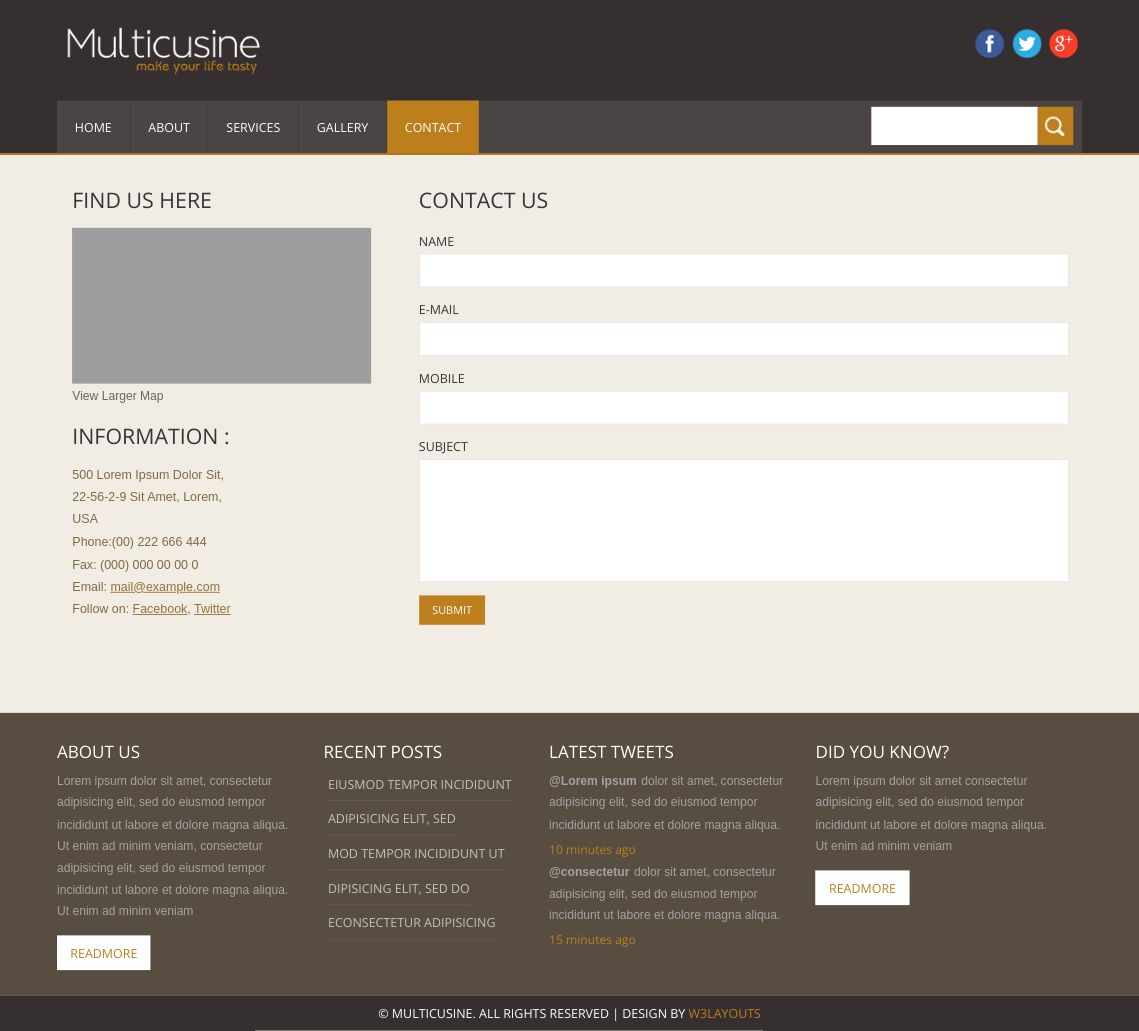
Repository: desso919/lunchy
Page: http://localhost/Lunchy/web/AddNewMealPage.jsp
An editor plug-in stored every save of this project. The page is shown before and after the next save, followed by the edit.
The browser window is 1280 px wide. The pictures show the whole page, at 89% of full size.
Pictures or frames that could not be fetched are drawn as grey boxes. The page is served by Tomcat 9. Nobody is signed in. The application's start-up code is not run. Other server files are loaded and not shown.

Above is the page before, as saved 2018-01-13 21:57:14.

### Lunchy/WebContent/web/AddNewMealPage.jsp
<%@ page language="java" contentType="text/html; charset=ISO-8859-1"
    pageEncoding="ISO-8859-1"%>
<!DOCTYPE HTML>
<html>
<head>
  <title>Lunchy</title>
  <meta http-equiv="Content-Type" content="text/html; charset=utf-8" />
  <meta name="viewport" content="width=device-width, initial-scale=1, maximum-scale=1">
  <link href="css/style.css" rel="stylesheet" type="text/css"  media="all" />
  <link href='//fonts.googleapis.com/css?family=Open+Sans' rel='stylesheet' type='text/css'>
 </head>
  <body>
	<!----start-header----->
	 <div class="header">
	     <div class="wrap">
			<div class="top-header">
				<div class="logo">
					<a href="index.html"><img src="images/logo.png" title="logo" /></a>
				</div>
				<div class="social-icons">
					<ul>
						<li><a href="#"><img src="images/facebook.png" title="facebook" /></a></li>
						<li><a href="#"><img src="images/twitter.png" title="twitter" /></a></li>
						<li><a href="#"><img src="images/google.png" title="google pluse" /></a></li>
					</ul>
				</div>
				<div class="clear"> </div>
			</div>
			<!---start-top-nav---->
			<div class="top-nav">
				<div class="top-nav-left">
					<ul>
						<li><a href="index.html">Home</a></li>
						<li><a href="about.html">About</a></li>
						<li><a href="services.html">Services</a></li>
						<li><a href="gallery.html">Gallery</a></li>
						<li class="active"><a href="contact.html">Contact</a></li>
						<div class="clear"> </div>
					</ul>
				</div>
				<div class="top-nav-right">
					<form>
						<input type="text"><input type="submit" value="" />
					</form>
				</div>
				<div class="clear"> </div>
			</div>
			<!---End-top-nav---->
		</div>
	</div>
   <!----End-header----->
		 <!---start-content---->
		 <div class="content">
		 	<!---start-contact---->
		 	<div class="contact">
		 		<div class="wrap">
				<div class="section group">
				<div class="col span_1_of_3">
					<div class="contact_info">
			    	 	<h3>Find Us Here</h3>
			    	 		<div class="map">
					   			<iframe width="100%" height="175" frameborder="0" scrolling="no" marginheight="0" marginwidth="0" src="https://maps.google.co.in/maps?f=q&amp;source=s_q&amp;hl=en&amp;geocode=&amp;q=Lighthouse+Point,+FL,+United+States&amp;aq=4&amp;oq=light&amp;sll=26.275636,-80.087265&amp;sspn=0.04941,0.104628&amp;ie=UTF8&amp;hq=&amp;hnear=Lighthouse+Point,+Broward,+Florida,+United+States&amp;t=m&amp;z=14&amp;ll=26.275636,-80.087265&amp;output=embed"></iframe><br><small><a href="https://maps.google.co.in/maps?f=q&amp;source=embed&amp;hl=en&amp;geocode=&amp;q=Lighthouse+Point,+FL,+United+States&amp;aq=4&amp;oq=light&amp;sll=26.275636,-80.087265&amp;sspn=0.04941,0.104628&amp;ie=UTF8&amp;hq=&amp;hnear=Lighthouse+Point,+Broward,+Florida,+United+States&amp;t=m&amp;z=14&amp;ll=26.275636,-80.087265" style="color:#666;text-align:left;font-size:0.85em">View Larger Map</a></small>
					   		</div>
      				</div>
      			<div class="company_address">
				     	<h3>Information :</h3>
						    	<p>500 Lorem Ipsum Dolor Sit,</p>
						   		<p>22-56-2-9 Sit Amet, Lorem,</p>
						   		<p>USA</p>
				   		<p>Phone:(00) 222 666 444</p>
				   		<p>Fax: (000) 000 00 00 0</p>
				 	 	<p>Email: <span><a href="mailto:info@example.com">mail@example.com</a></span></p>
				   		<p>Follow on: <span><a href="#">Facebook</a></span>, <span><a href="#">Twitter</a></span></p>
				   </div>
				</div>
				<div class="col span_2_of_3">
				  <div class="contact-form">
				  	<h3>Contact Us</h3>
					    <form>
					    	<div>
						    	<span><label>NAME</label></span>
						    	<span><input name="userName" type="text" class="textbox"></span>
						    </div>
						    <div>
						    	<span><label>E-MAIL</label></span>
						    	<span><input name="userEmail" type="text" class="textbox"></span>
						    </div>
						    <div>
						     	<span><label>MOBILE</label></span>
						    	<span><input name="userPhone" type="text" class="textbox"></span>
						    </div>
						    <div>
						    	<span><label>SUBJECT</label></span>
						    	<span><textarea name="userMsg"> </textarea></span>
						    </div>
						   <div>
						   		<span><input type="submit" class="mybutton" value="Submit"></span>
						  </div>
					    </form>

				    </div>
  				</div>
			  </div>
			</div>
			</div>
		 	<!---End-contact---->
		 <!---End-content---->
		 <!---start-footer---->
		 <div class="footer">
		<div class="wrap">
			<div class="footer-grid">
				<h3>About us</h3>
				<p>Lorem ipsum dolor sit amet, consectetur adipisicing elit, sed do eiusmod tempor incididunt ut labore et dolore magna aliqua. Ut enim ad minim veniam,  consectetur adipisicing elit, sed do eiusmod tempor incididunt ut labore et dolore magna aliqua. Ut enim ad minim veniam</p>
				<a href="#">ReadMore</a>
			</div>
			<div class="footer-grid center-grid">
				<h3>Recent posts</h3>
				<ul>
					<li><a href="#">eiusmod tempor incididunt</a></li>
					<li><a href="#">adipisicing elit, sed</a></li>
					<li><a href="#">mod tempor incididunt ut</a></li>
					<li><a href="#">dipisicing elit, sed do</a></li>
					<li><a href="#">econsectetur adipisicing</a></li>
				</ul>
			</div>
			<div class="footer-grid twitts">
				<h3>Latest Tweets</h3>
				<p><label>@Lorem ipsum</label>dolor sit amet, consectetur adipisicing elit, sed do eiusmod tempor incididunt ut labore et dolore magna aliqua.</p>
				<span>10 minutes ago</span>
				<p><label>@consectetur</label>dolor sit amet, consectetur adipisicing elit, sed do eiusmod tempor incididunt ut labore et dolore magna aliqua.</p>
				<span>15 minutes ago</span>
			</div>
			<div class="footer-grid">
				<h3>DID YOU KNOW?</h3>
				<p>Lorem ipsum dolor sit amet consectetur adipisicing elit, sed do eiusmod tempor incididunt ut labore et dolore magna aliqua. Ut enim ad minim veniam</p>
				<a href="#">ReadMore</a>
			</div>
			<div class="clear"> </div>
		</div>
		<div class="clear"> </div>
	</div>
	<div class="copy-right">
		<div class="top-to-page">
						<a href="#top" class="scroll"> </a>
						<div class="clear"> </div>
					</div>
		<p> © Multicusine. All Rights Reserved | Design by <a href="http://w3layouts.com/"> W3layouts</a></p>
	</div>
		 <!---End-footer---->
	</body>
</html>

Loaded but not shown: Lunchy/WebContent/web/css/style.css (1068 lines, source omitted)

After the next save:
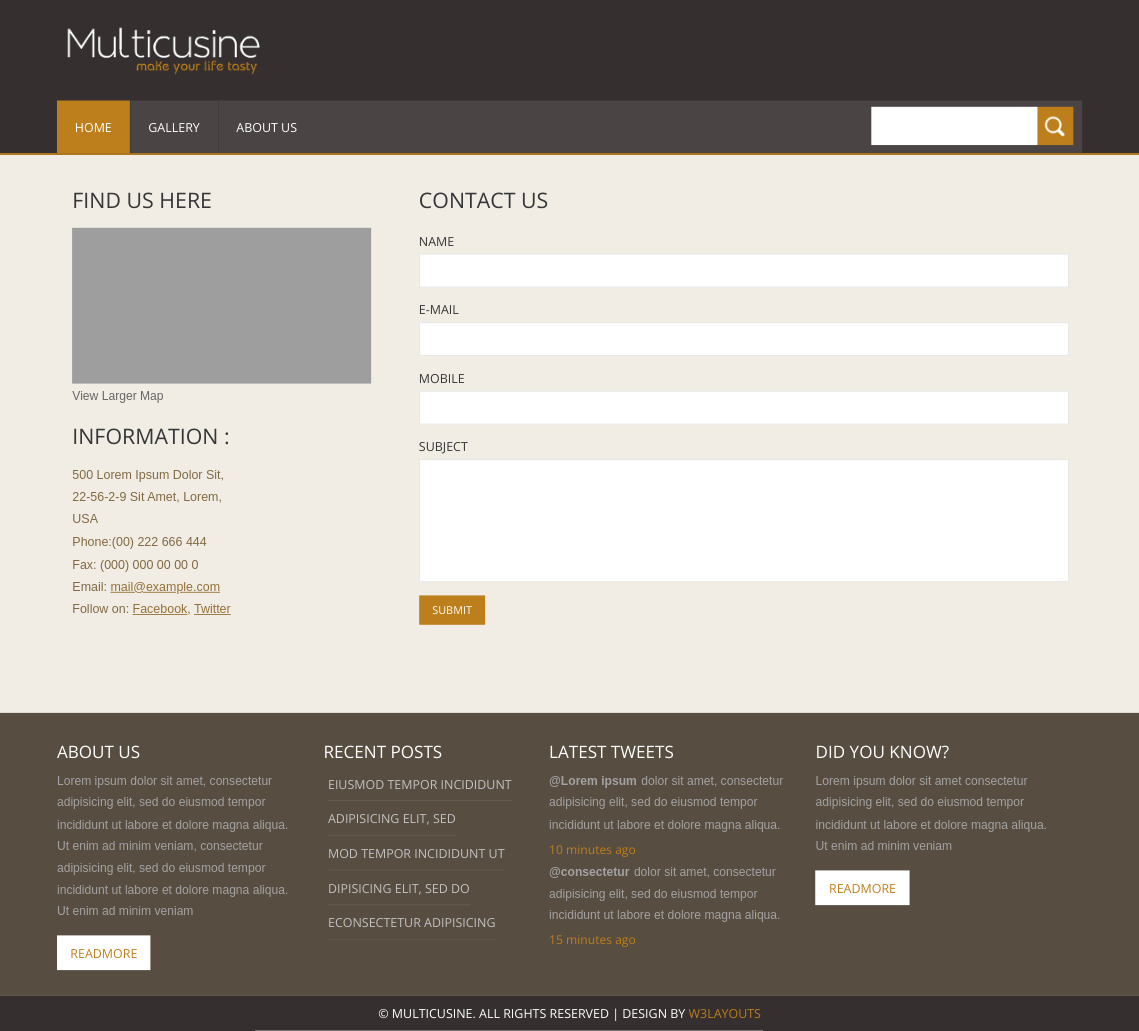
Saved 2 min 33 s later.
--- a/Lunchy/WebContent/web/AddNewMealPage.jsp
+++ b/Lunchy/WebContent/web/AddNewMealPage.jsp
@@ -17,25 +17,15 @@
 				<div class="logo">
 					<a href="index.html"><img src="images/logo.png" title="logo" /></a>
 				</div>
-				<div class="social-icons">
-					<ul>
-						<li><a href="#"><img src="images/facebook.png" title="facebook" /></a></li>
-						<li><a href="#"><img src="images/twitter.png" title="twitter" /></a></li>
-						<li><a href="#"><img src="images/google.png" title="google pluse" /></a></li>
-					</ul>
-				</div>
 				<div class="clear"> </div>
 			</div>
 			<!---start-top-nav---->
 			<div class="top-nav">
 				<div class="top-nav-left">
 					<ul>
-						<li><a href="index.html">Home</a></li>
-						<li><a href="about.html">About</a></li>
-						<li><a href="services.html">Services</a></li>
+						<li class="active"><a href="index.html">Home</a></li>
 						<li><a href="gallery.html">Gallery</a></li>
-						<li class="active"><a href="contact.html">Contact</a></li>
-						<div class="clear"> </div>
+						<li><a href="about.html">About us</a></li>
 					</ul>
 				</div>
 				<div class="top-nav-right">
